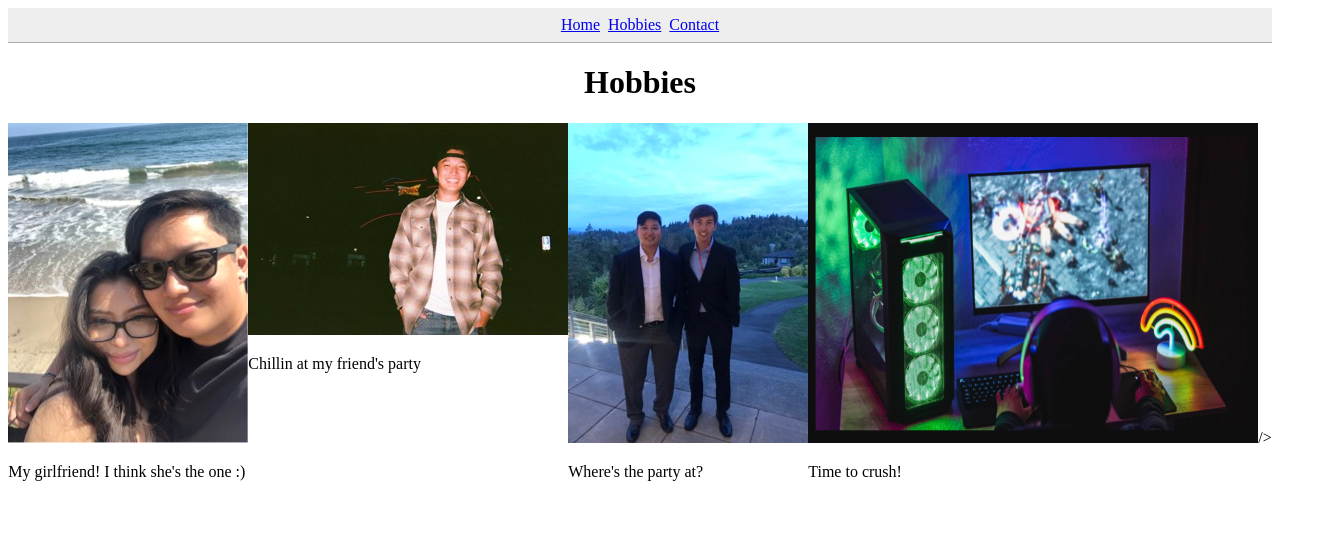
Repository: sebas6292/Jeff-Midterm
Page: hobby.html
These files come from the project's save history. The page is drawn as it stood at one moment and after the next save; the edit follows.
The browser window is 1280 px wide. The page is 1280 px wide, then 1329 px, so the pictures cover 1329 px, including what lies to the right of the window. The pictures show the whole page.

Above is the page before, as saved 2023-04-30 22:55:37.

### hobby.html
<!DOCTYPE html>
<html lang="en">
  <head>
    <title>Home</title>
    <meta charset="UTF-8" />
    <meta name="viewport" content="width=device-width" />
    <link rel="stylesheet" href="styles.css" />
  </head>
  <body>
    <nav>
      <a href="/home.html">Home</a>
      <a href="/hobby.html">Hobbies</a>
      <a href="/contact.html">Contact</a>
    </nav>
    <main>
      <h1 class="title">Hobbies</h1>

      <section class="container">
        <div class="box-container">
            <img src="pics/Relationship.jpeg" />
            <p>My girlfriend! I think she's the one :)</p>
        </div>
        <div class="box-container">
            <img src="pics/Swag.jpeg" />
            <p>Chillin at my friend's party</p>
        </div>
        <div class="box-container">
            <img src="pics/Business-Attire.jpeg" />
            <p>Where's the party at?</p>
        </div>
        <div class="box-container">
            <img src="pics/PC.png" style="width:450px;height:320px;"/>/>
            <p>Time to crush!</p>
        </div>
      </section>

    </main>
  </body>
</html>

### styles.css

nav {
    display: flex;
  flex-wrap: wrap;
  align-items: center;
  justify-content: center;
  padding: 0.5rem;
  gap: 0.5rem;
  border-bottom: solid 1px #aaa;
  background-color: #eee;
}

.title {
  display: flex;
  justify-content: center;
}

/* hobbies */
.container {
  display: flex;
  justify-content: center ;
}

After the next save:
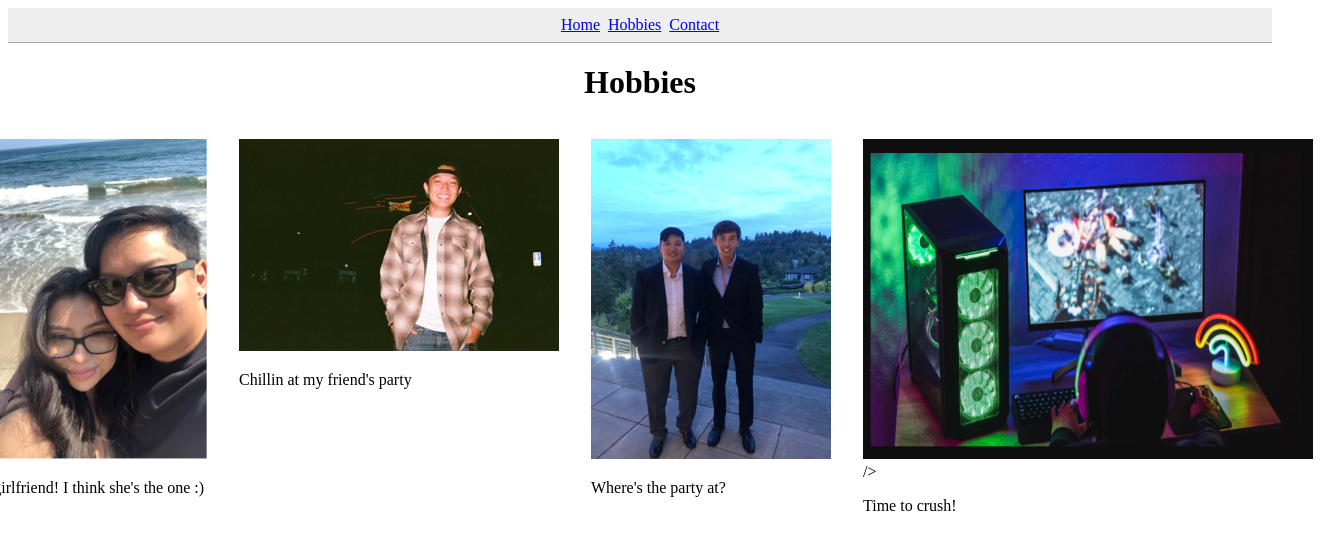
Saved 34 s later.
--- a/styles.css
+++ b/styles.css
@@ -20,3 +20,6 @@ nav {
   display: flex;
   justify-content: center ;
 }
+.box-container {
+  padding: 1rem;
+}
